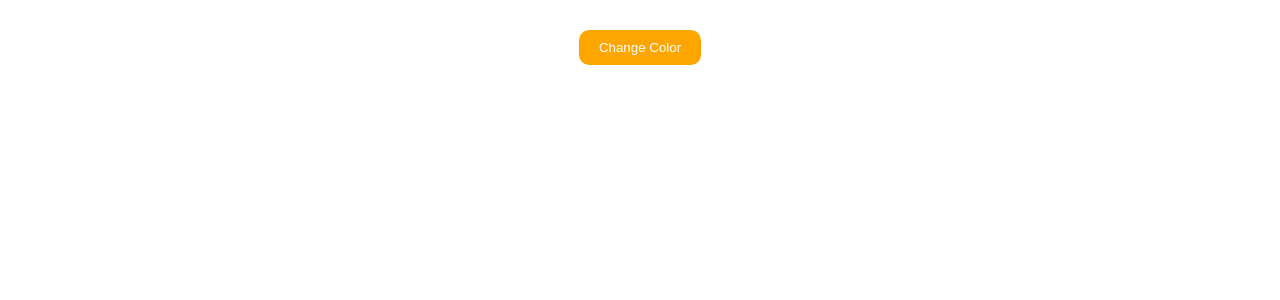
Repository: minhvtQA/randomBackgroundColor
Page: index.html
These files come from the project's save history. The page is drawn as it stood at one moment and after the next save; the edit follows.
The browser window is 1280 px wide. The pictures show the whole page.

Above is the page before, as saved 2021-11-07 16:55:25.

After the next save:
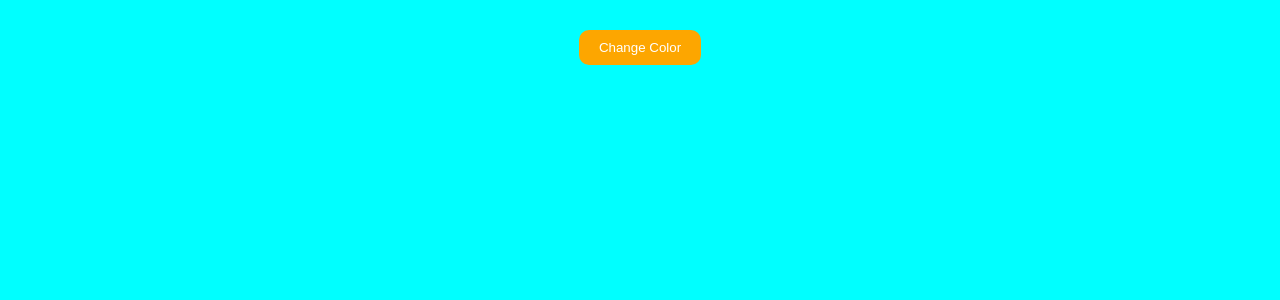
Saved 23 s later.
--- a/styles.css
+++ b/styles.css
@@ -2,6 +2,9 @@ html {
   margin: 0;
   padding: 0;
   font-size: 62.5%;
+}
+body {
+  background-color: aqua;
 }
 .background {
   text-align: center;
